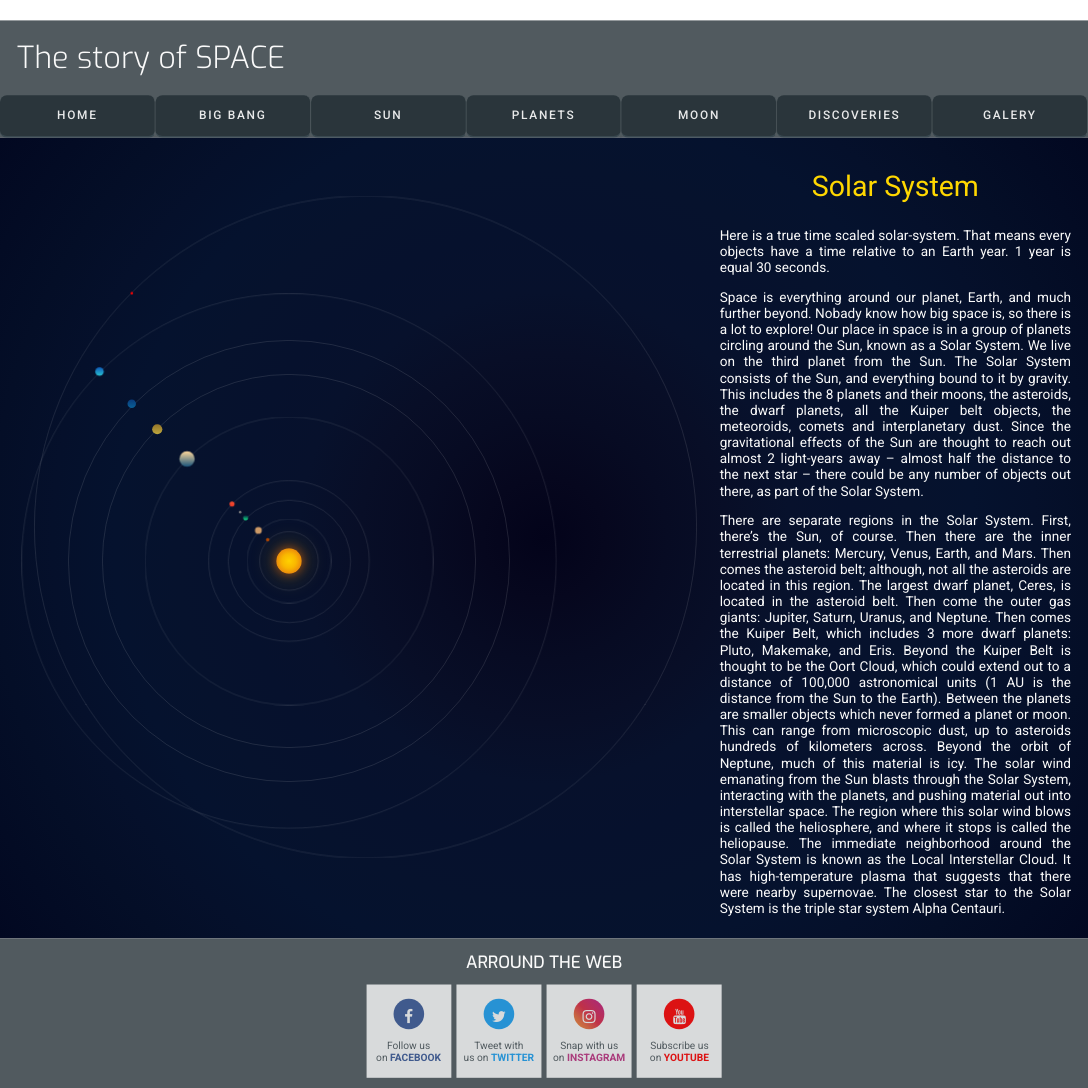
Repository: OlaQla/First-Milestones-Project
Page: index.html
The author's editor kept a record of every edit. The page is drawn from the files as they stood at one moment, then again after the next edit.
The browser window is 1280 px wide. The pictures show the whole page, at 85% of full size.
Some web libraries are served in a nearby version.

Above is the page before.

### index.html
<!DOCTYPE html>
<html lang="en">

<head>
    <meta charset="UTF-8">
    <meta name="viewport" content="width=device-width, initial-scale=1.0">
    <meta http-equiv="X-UA-Compatible" content="ie=edge">
    <title>Document</title>
    <link rel="stylesheet" href="https://maxcdn.bootstrapcdn.com/font-awesome/4.7.0/css/font-awesome.min.css" type="text/css" />
    <link rel="stylesheet" href="https://cdnjs.cloudflare.com/ajax/libs/hover.css/2.1.1/css/hover-min.css" type="text/css" />
    <link rel="stylesheet" href="https://cdnjs.cloudflare.com/ajax/libs/hover.css/2.1.1/css/hover-min.css" type="text/css" />
    <link rel="stylesheet" href="https://maxcdn.bootstrapcdn.com/font-awesome/4.7.0/css/font-awesome.min.css" type="text/css" />
    <link rel="stylesheet" href="main.css" type="text/css" />
</head>


<body>
    <header class="header">

        <div class="title">
            <h1>The story of <span>space</span></h1>
        </div>

        <nav class="menu" id="main-menu">
            <button class="menu-toggle" id="toggle-menu"> toggle menu </button>
            <div class="menu-dropdown">
                <ul class="nav-menu">
                    <li class="item-color  menuitem"><a href="#" class="home-button"><span >Home</span></a></li>
                    <li class="item-color  menuitem"><a href="#" class="bigBang-button"><span >Big Bang</span></a></li>
                    <li class="item-color  menuitem"><a href="# " class="sun-button"><span>Sun</span></a></li>

                    <div class=dropdown>
                        <li class="item-color menuitem"><a href="#" class="planets-button"><span>Planets</span></a>
                        </li>
                        <ul class="dropdown-content">
                            <li class="dropdownItem"><a href="" class="dropdownLink"><span>Mercury</span></a></li>
                            <li class="dropdownItem"><a href="" class="dropdownLink"><span>Venus</span></a></li>
                            <li class="dropdownItem"><a href="" class="dropdownLink"><span>Earth</span></a></li>
                            <li class="dropdownItem"><a href="" class="dropdownLink"><span>Mars</span></a></li>
                            <li class="dropdownItem"><a href="" class="dropdownLink"><span>Jupiter</span></a></li>
                            <li class="dropdownItem"><a href="" class="dropdownLink"><span>Saturn</span></a></li>
                            <li class="dropdownItem"><a href="" class="dropdownLink"><span>Uranus</span></a></li>
                            <li class="dropdownItem"><a href="" class="dropdownLink"><span>Neptun</span></a></li>
                        </ul>
                    </div>

                    <li class="item-color  menuitem"><a href="#" class="moon-button"><span>Moon</span></a></li>
                    <li class="item-color  menuitem"><a href="#" class="discoverires-button"><span >Discoveries</span></a></li>
                    <li class="item-color menuitem"><a href="#" class="galery-button"><span>Galery</span></a></li>
                </ul>
            </div>
        </nav>

    </header>
    <section class="wraper">
        <div class="container">
            <div class="column-main">

                <div class="solar">

                    <div class="sun"></div>

                    <div class="mercury-orbit">
                        <div class="mercury"></div>
                    </div>

                    <div class="venus-orbit">
                        <div class="venus"></div>
                    </div>

                    <div class="earth-orbit">
                        <div class="earth"></div>

                        <div class="moon-orbit">
                            <div class="moon"></div>
                        </div>
                    </div>

                    <div class="mars-orbit">
                        <div class="mars"></div>
                    </div>

                    <div class="jupiter-orbit">
                        <div class="jupiter"></div>
                    </div>

                    <div class="saturn-orbit">
                        <div class="saturn"></div>
                    </div>

                    <div class="uranus-orbit">
                        <div class="uranus"></div>
                    </div>

                    <div class="neptune-orbit">
                        <div class="neptune"></div>
                    </div>

                    <div class="pluto-orbit">
                        <div class="pluto"></div>
                    </div>

                    <div class="asteroids-orbit">
                        <div class="asteroids"></div>
                    </div>


                </div>

            </div>

            <div class="column-sidebar">
                <h2>Solar System</h2>
                <p>Here is a true time scaled solar-system. That means every objects have a time relative to an Earth year. 1 year is equal 30 seconds.</p>
                <p>Space is everything around our planet, Earth, and much further beyond. Nobady know how big space is, so there is a lot to explore! Our place in space is in a group of planets circling around the Sun, known as a Solar System. We live on the third planet from the Sun.

                    The Solar System consists of the Sun, and everything bound to it by gravity. This includes the 8 planets and their moons, the asteroids, the dwarf planets, all the Kuiper belt objects, the meteoroids, comets and interplanetary dust. Since
                    the gravitational effects of the Sun are thought to reach out almost 2 light-years away – almost half the distance to the next star – there could be any number of objects out there, as part of the Solar System.</p>

                <p>
                    There are separate regions in the Solar System. First, there’s the Sun, of course. Then there are the inner terrestrial planets: Mercury, Venus, Earth, and Mars. Then comes the asteroid belt; although, not all the asteroids are located in this region.
                    The largest dwarf planet, Ceres, is located in the asteroid belt. Then come the outer gas giants: Jupiter, Saturn, Uranus, and Neptune. Then comes the Kuiper Belt, which includes 3 more dwarf planets: Pluto, Makemake, and Eris. Beyond
                    the Kuiper Belt is thought to be the Oort Cloud, which could extend out to a distance of 100,000 astronomical units (1 AU is the distance from the Sun to the Earth). Between the planets are smaller objects which never formed a planet
                    or moon. This can range from microscopic dust, up to asteroids hundreds of kilometers across. Beyond the orbit of Neptune, much of this material is icy. The solar wind emanating from the Sun blasts through the Solar System, interacting
                    with the planets, and pushing material out into interstellar space. The region where this solar wind blows is called the heliosphere, and where it stops is called the heliopause. The immediate neighborhood around the Solar System is
                    known as the Local Interstellar Cloud. It has high-temperature plasma that suggests that there were nearby supernovae. The closest star to the Solar System is the triple star system Alpha Centauri.


                </p>
            </div>
        </div>

    </section>

    <footer>
        <div class="conteiner-footer clearfix">



            <div class="section-media">
                <h5 class="uppercase general-sub">Arround The Web</h5>
                <ul class="social-links">
                    <li class="list-item">
                        <a target="_blank" href="#">
                            <i class="fa fa-facebook facebook-icon" aria-hidden="true"></i>
                            <span class="sr-only">Facebook</span>
                        </a>
                        <p>Follow us </br> on <span class="facebook-text">facebook</span></p>
                    </li>
                    <li class="list-item">
                        <a target="_blank" href="#">
                            <i class="fa fa-twitter twitter-icon" aria-hidden="true"></i>
                            <span class="sr-only">Twitter</span>
                        </a>
                        <p>Tweet with </br> us on <span class="twitter-text">twitter</span></p>
                    </li>

                    <li class="list-item">
                        <a target="_blank" href="#">
                            <i class="fa fa-instagram insta-icon" aria-hidden="true"></i>
                            <span class="sr-only">Instagram</span>
                        </a>
                        <p>Snap with us </br> on <span class="insta-text">Instagram</span></p>
                    </li>
                    <li class="list-item">
                        <a target="_blank" href="#">
                            <i class="fa fa-youtube youtube-icon" aria-hidden="true"></i>
                            <span class="sr-only">YouTube</span>
                        </a>
                        <p>Subscribe us </br> on <span class="youtube-text">YouTube</span></p>
                    </li>
                </ul>
            </div>
        </div>
    </footer>
    <script type="text/javascript">
        (function() {
            var button = document.getElementById('toggle-menu');
            button.addEventListener('click', function(event) {
                event.preventDefault();
                var menu = document.getElementById('main-menu');
                menu.classList.toggle('is-open');
            });
        })();
    </script>
</body>

</html>

Loaded but not shown: main.css (864 lines, source omitted)

After the next edit:
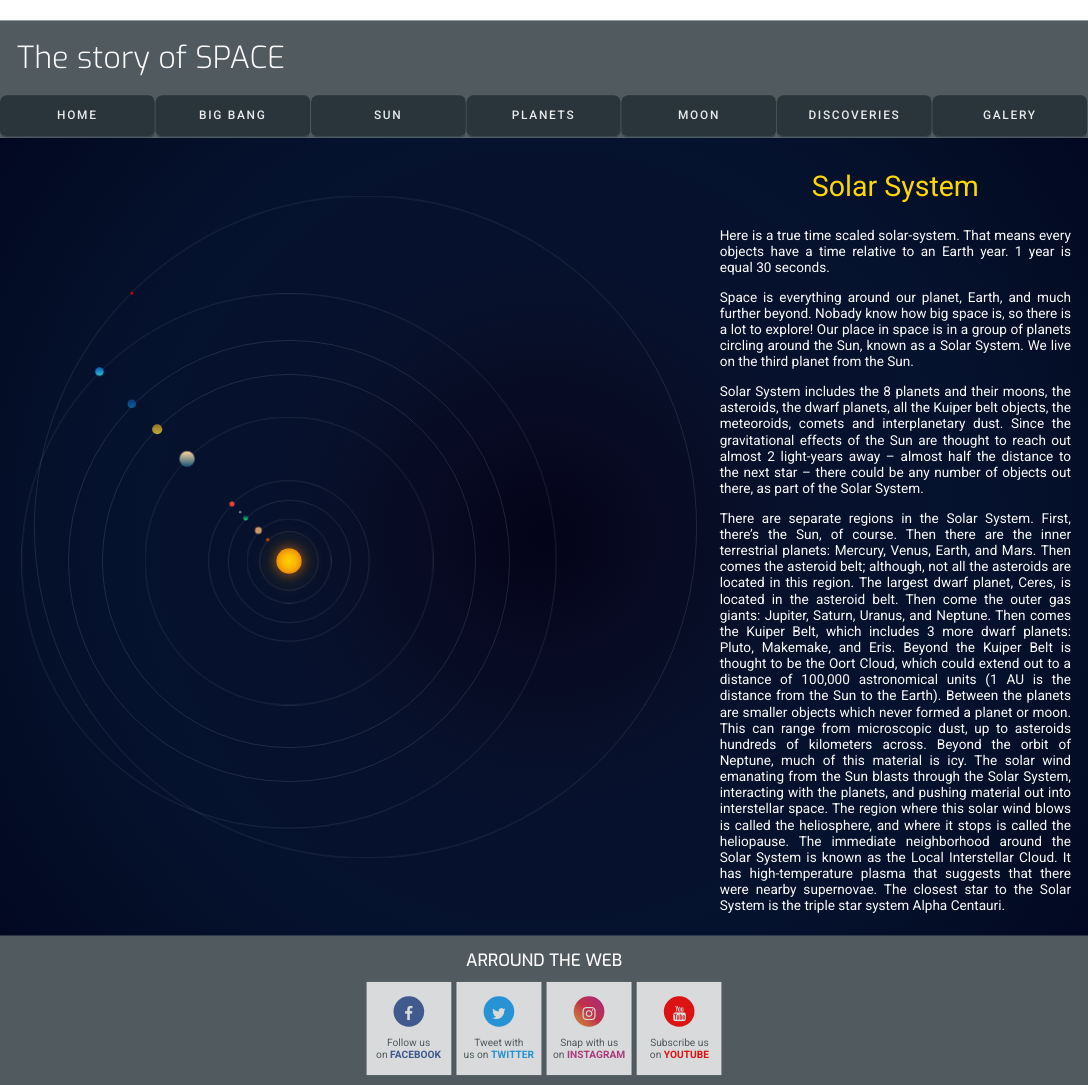
The edit:
--- a/index.html
+++ b/index.html
@@ -114,7 +114,7 @@
                 <p>Here is a true time scaled solar-system. That means every objects have a time relative to an Earth year. 1 year is equal 30 seconds.</p>
                 <p>Space is everything around our planet, Earth, and much further beyond. Nobady know how big space is, so there is a lot to explore! Our place in space is in a group of planets circling around the Sun, known as a Solar System. We live on the third planet from the Sun.
 
-                    The Solar System consists of the Sun, and everything bound to it by gravity. This includes the 8 planets and their moons, the asteroids, the dwarf planets, all the Kuiper belt objects, the meteoroids, comets and interplanetary dust. Since
+                   <p>Solar System includes the 8 planets and their moons, the asteroids, the dwarf planets, all the Kuiper belt objects, the meteoroids, comets and interplanetary dust. Since
                     the gravitational effects of the Sun are thought to reach out almost 2 light-years away – almost half the distance to the next star – there could be any number of objects out there, as part of the Solar System.</p>
 
                 <p>
